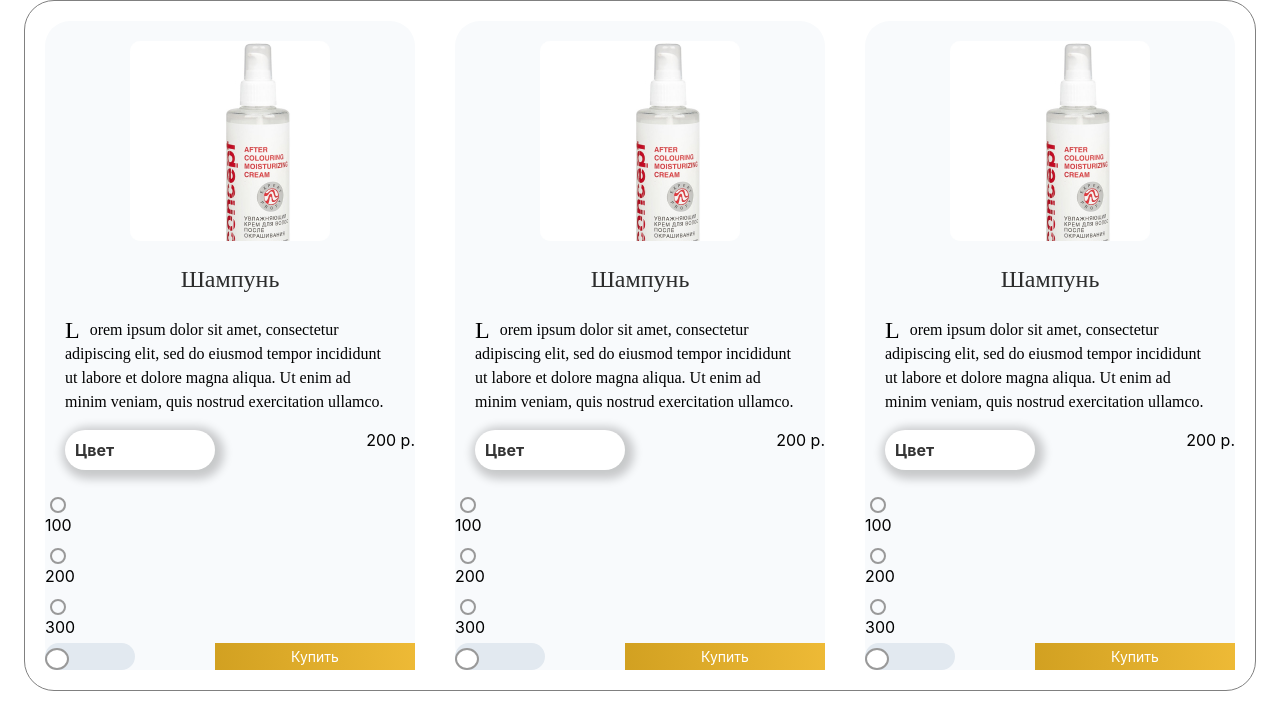
Repository: MiroslavWise/shamptu
Page: /
The author's editor kept a copy of each file at every save. The page is drawn from the files as they stood at one save, then again after a run of saves.
The browser window is 1280 px wide. The pictures show the whole page.
The project was rebuilt for these pictures with package versions that can differ from the ones it lists, and the page was loaded fresh each time. Also part of the build but not shown: src/App.css.

Above is the page before, as saved 2022-02-17 15:34:15.

After the next 2 saves:
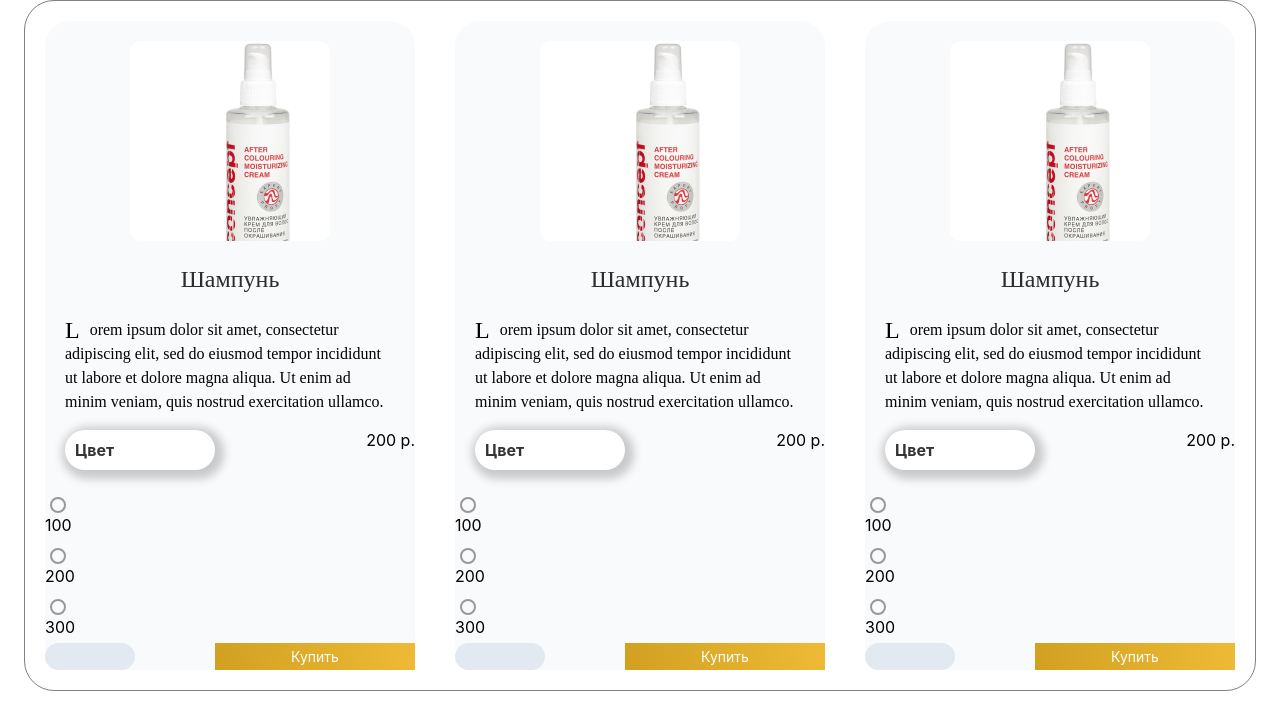
The 2 saves are shown as one change because 1 did not build or start.
The last was saved 36 s later.
--- a/src/components/items/SpamItem.jsx
+++ b/src/components/items/SpamItem.jsx
@@ -34,7 +34,7 @@
                     name="contact" value="number"/>
                 <label for="contactChoice3">300</label>
                 <div className='footer'>
-                    <div className='quantity'><input type={'number'} min={1}></input></div>
+                    <div className='quantity'></div>
                     <div className='button'><button onClick={()=>alert('Спасибо за покупку!')}>Купить</button></div>
                 </div>
             </div>
